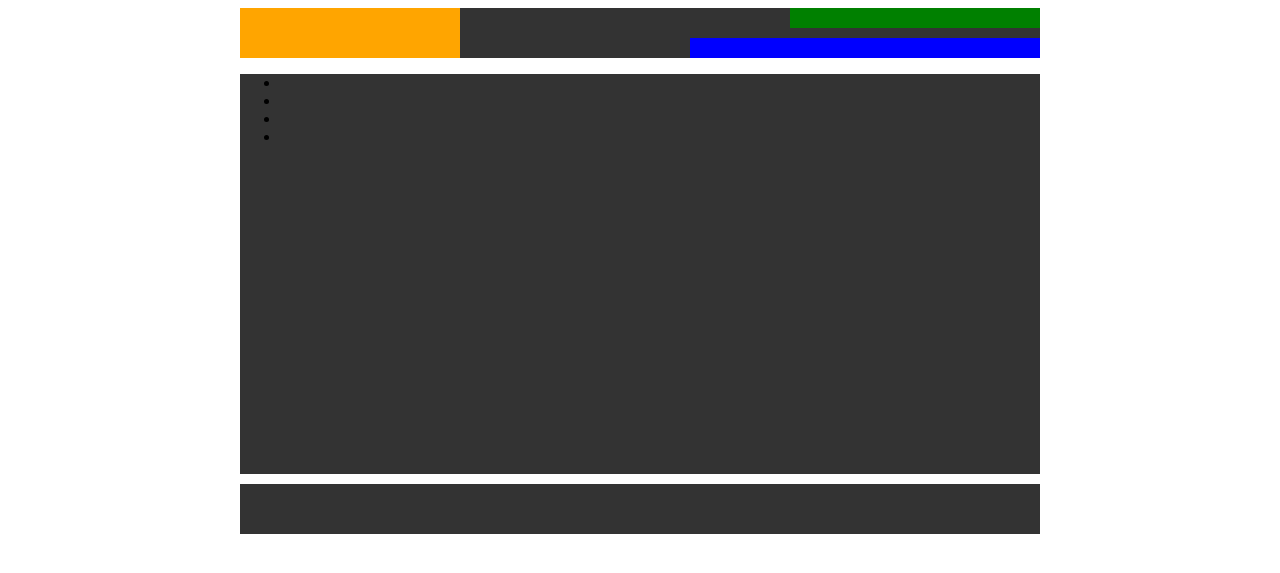
Repository: Tdaine/node
Page: css/code/floatWebLayout.html
These files come from the project's save history. The page is drawn as it stood at one moment and after the next save; the edit follows.
The browser window is 1280 px wide. The pictures show the whole page.

Above is the page before, as saved 2021-04-28 15:36:07.

After the next save:
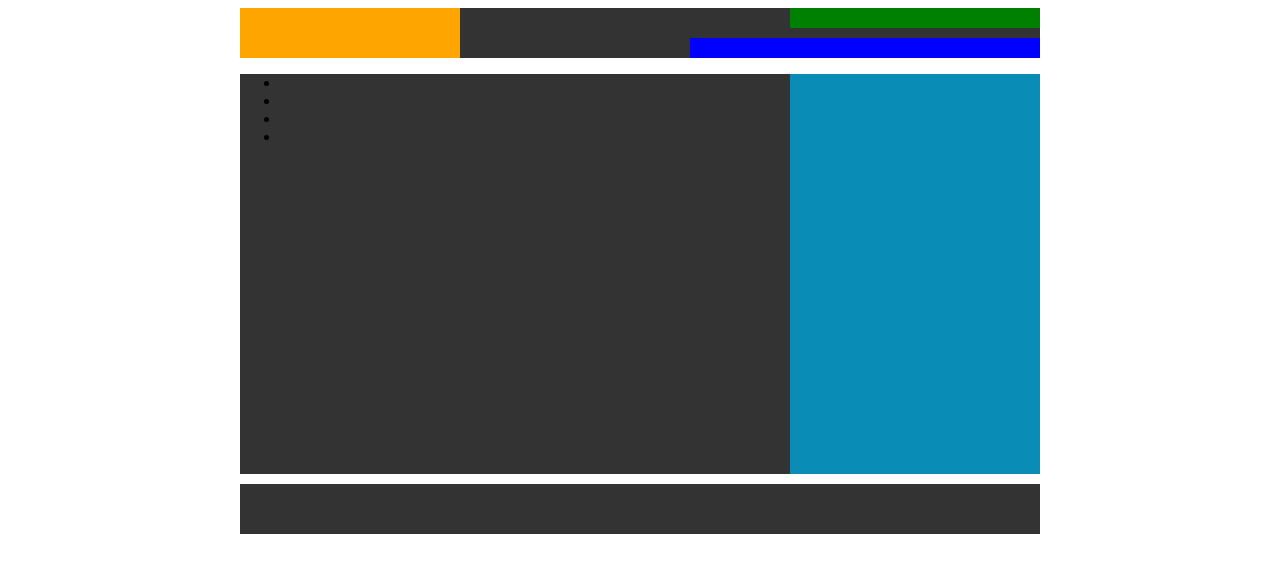
Saved 64 s later.
--- a/css/code/floatWebLayout.html
+++ b/css/code/floatWebLayout.html
@@ -43,6 +43,13 @@
       margin-top: 10px;
       background-color: blue;
     }
+
+    .content .ad{
+      width: 250px;
+      height: 400px;
+      float: right;
+      background-color: rgb(9,141,182);
+    }
   </style>
 </head>
 <body>
